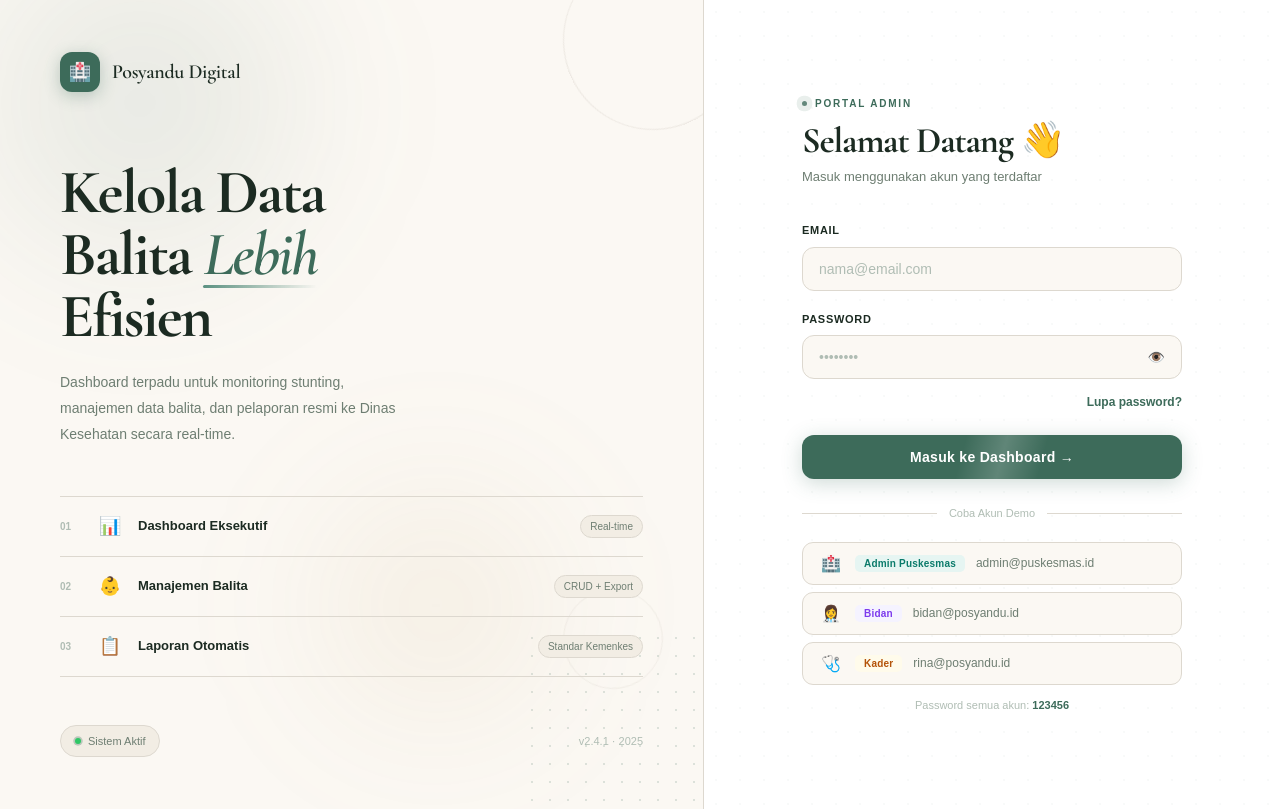
Repository: RiskyXfebriansyah/project_pui
Page: /
These files come from the project's save history. The page is drawn as it stood at one moment and after a run of saves; the edit follows.
The browser window is 1280 px wide. The pictures show the whole page.
Some web fonts or font styles are not loaded; a fallback is used. The project was rebuilt for these pictures with package versions that can differ from the ones it lists, and the page was loaded fresh each time. Also part of the build but not shown: vite.config.js, src/utils/helpers.js, src/components/ui/Components.jsx, src/data/dummyData.js, src/pages/DashboardPage.jsx, src/pages/BalitaPage.jsx, src/pages/LaporanPage.jsx, src/pages/JadwalPage.jsx and 3 more.

Above is the page before, as saved 2026-03-03 08:21:42.

After the next 2 saves:
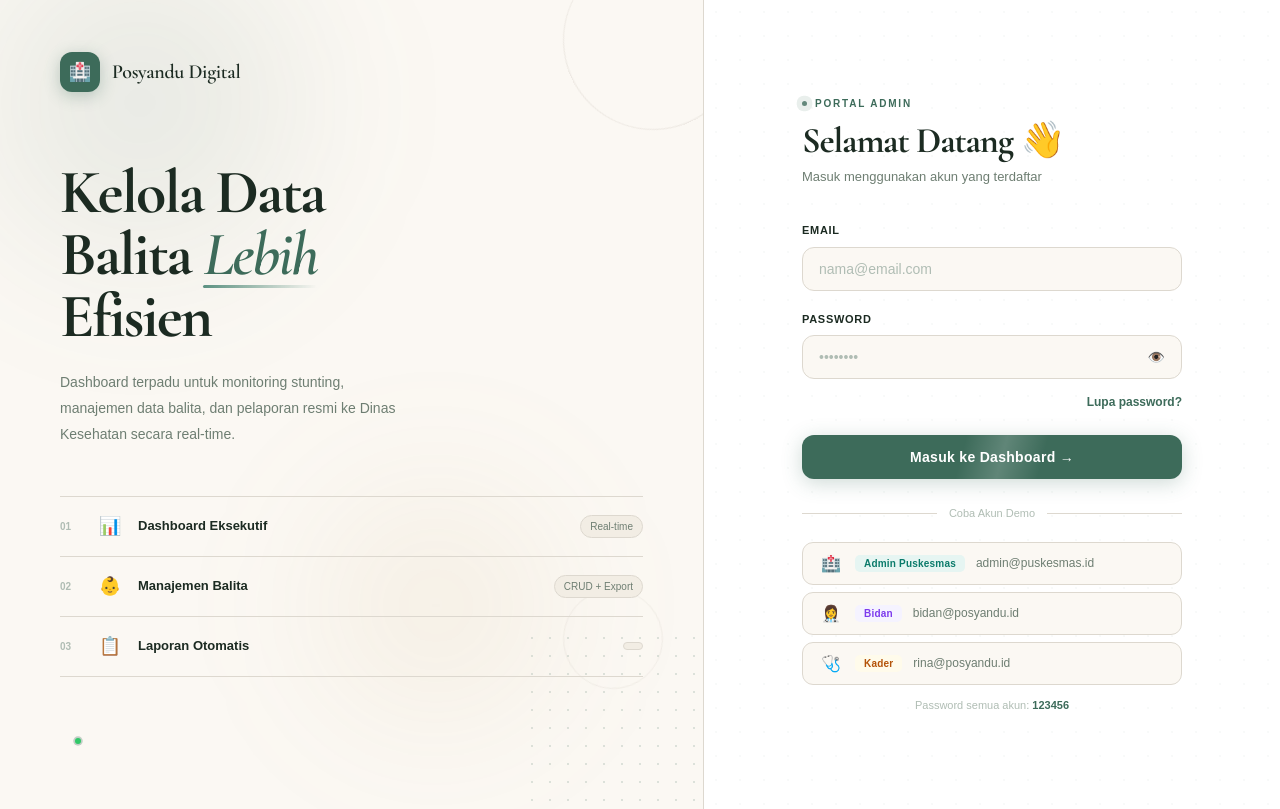
The 2 saves are shown as one change because they came seconds apart.
The last was saved 3 min 33 s later.
--- a/src/pages/LoginPage.jsx
+++ b/src/pages/LoginPage.jsx
@@ -651,7 +651,7 @@ export default function LoginPage({ onLogin, error: externalError }) {
               {[
                 ['📊','Dashboard Eksekutif','Real-time'],
                 ['👶','Manajemen Balita','CRUD + Export'],
-                ['📋','Laporan Otomatis','Standar Kemenkes'],
+                ['📋','Laporan Otomatis',''],
               ].map(([ico, name, tag], i) => (
                 <div
                   key={name}
